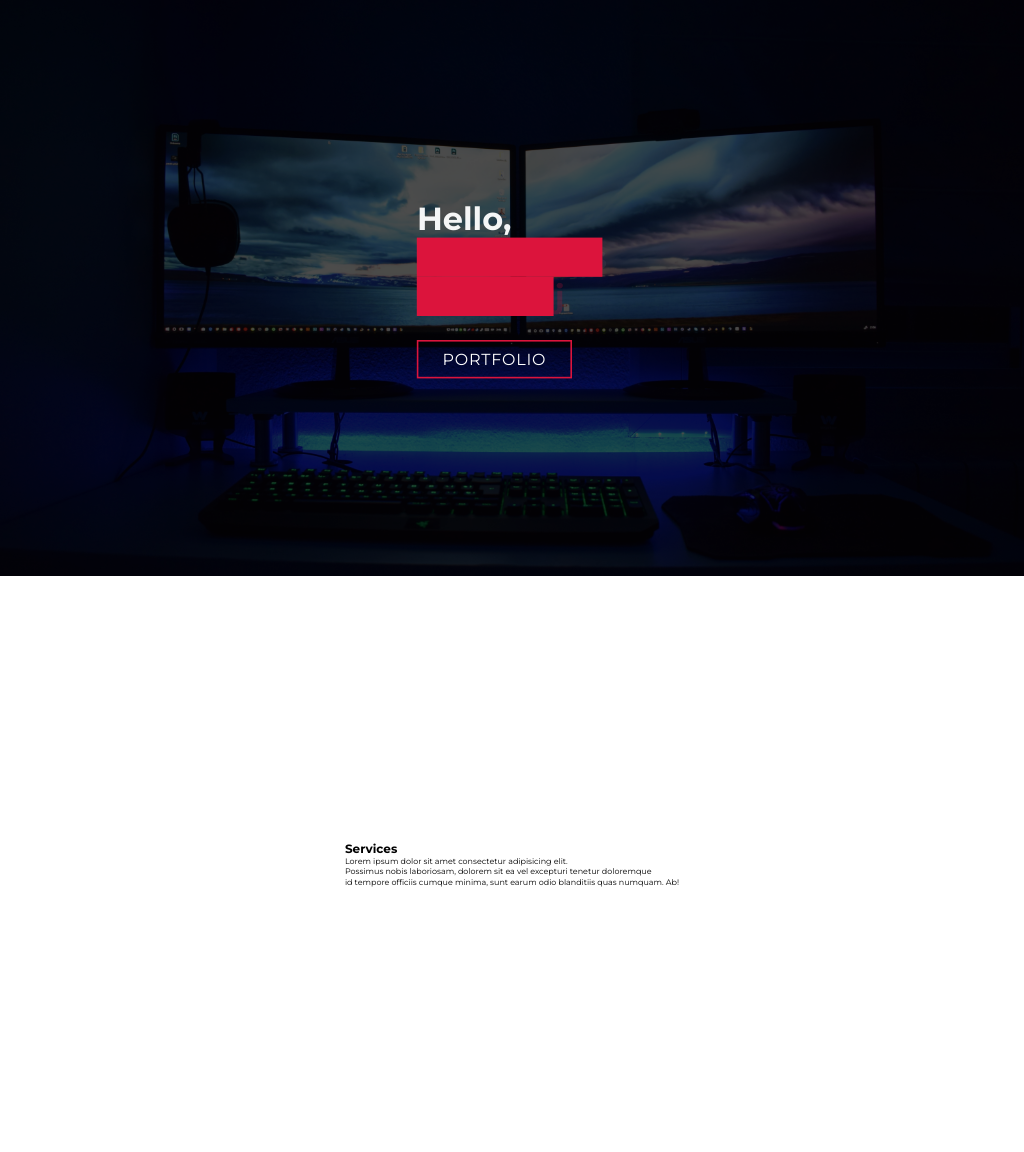
Repository: MintuKrishnan/subrahmanyam-batch
Page: front-end/deshraj/index.html
The author's editor kept a copy of each file at every save. The page is drawn from the files as they stood at one save, then again after the next save.
The browser window is 1280 px wide. The pictures show the whole page, at 80% of full size.

Above is the page before, as saved 2021-03-08 09:39:58.

### front-end/deshraj/index.html
<!DOCTYPE html>
<html lang="en">
  <head>
    <meta charset="UTF-8" />
    <meta http-equiv="X-UA-Compatible" content="IE=edge" />
    <meta name="viewport" content="width=device-width, initial-scale=1.0" />
    <link rel="stylesheet" href="style.css" />
    <title>My Website</title>
  </head>
  <body>
    <!-- hero section-->
    <section id="hero">
      <div class="hero container">
        <div>
          <h1>Hello,<span></span></h1>
          <h1>My name is <span></span></h1>
          <h1>Desh Raj <span></span></h1>
          <a href="#" type="button" class="cta">Portfolio</a>
        </div>
      </div>
    </section>
    <!-- End of hero section -->

    <!--Sevice section-->
    <section id="services">
      <div class="service container">
        <div class="service-top">
          <h1 class="section-title">Serv<span>i</span>ces</h1>
          <p>
            Lorem ipsum dolor sit amet consectetur adipisicing elit.<br />
            Possimus nobis laboriosam, dolorem sit ea vel excepturi tenetur
            doloremque <br />
            id tempore officiis cumque minima, sunt earum odio blanditiis quas
            numquam. Ab!
          </p>
        </div>
        <div class="service-bottom">
          <div class="service-item"></div>
        </div>
      </div>
    </section>

    <!--End sevice section-->
  </body>
</html>

### front-end/deshraj/style.css
@import url('https://fonts.googleapis.com/css2?family=Montserrat:wght@300;400;700&display=swap');

* {
  padding: 0;
  margin: 0;
  box-sizing: border-box;
}
html {
  font-size: 10px;
  font-family: 'Montserrat', sans-serif;
}
a {
  text-decoration: none;
}
.container {
  min-height: 100vh;
  width: 100%;
  display: flex;
  align-items: center;
  justify-content: center;
}

/* hero section */
#hero {
  /* background-image: url(./siteimg.jpg); */
  background-image: url('./siteimg.jpg'), linear-gradient(#eb01a5, #d13531);
  background-size: cover;
  background-position: top center;
  position: relative;
  z-index: 1;
}

#hero::after {
  content: '';
  position: absolute;
  left: 0;
  top: 0;
  height: 100%;
  width: 100%;
  background-color: black;
  opacity: 0.7;
  z-index: -1;
}
/* #hero .hero{
    max-width: 1200px;
    margin: 0 auto;
    padding: 0 50px;
    justify-content: flex-start;
} */
#hero h1 {
  display: block;
  width: fit-content;
  font-size: 4rem;
  position: relative;
  color: transparent;
  animation: text_reveal 3s ease forwards;
  animation-delay: 3s;
}
#hero h1:nth-child(1) {
  animation-delay: 2.8s;
}
#hero h1:nth-child(2) {
  animation-delay: 4.8s;
}
#hero h1:nth-child(3) {
  animation: text_reveal_name 3s ease forwards;
  animation-delay: 4.5s;
}
#hero h1 span {
  position: absolute;
  top: 0;
  left: 0;
  height: 100%;
  width: 0%;
  background-color: crimson;
  animation: text_reveal_box 3s ease;
  animation-delay: 3s;
}
#hero h1:nth-child(1) span {
  animation-delay: 2s;
}
#hero h1:nth-child(2) span {
  animation-delay: 3.8s;
}
#hero h1:nth-child(3) span {
  animation-delay: 4s;
}
#hero .cta {
  display: inline-block;
  padding: 10px 30px;
  color: white;
  background-color: transparent;
  border: 2px solid crimson;
  font-size: 2rem;
  text-transform: uppercase;
  letter-spacing: 0.1rem;
  margin-top: 30px;
  transition: 0.3s ease;
  transition-property: background-color, color;
}
#hero .cta:hover {
  color: white;
  background-color: crimson;
}
/* end hero section */

/* keyframs */
@keyframes text_reveal_box {
  50% {
    width: 100%;
    left: 0;
  }
  100% {
    width: 0;
    left: 100%;
  }
}
@keyframes text_reveal {
  100% {
    color: white;
  }
}
@keyframes text_reveal_name {
  100% {
    color: crimson;
    font-weight: 700;
  }
}
/* End keyframs */

After the next save:
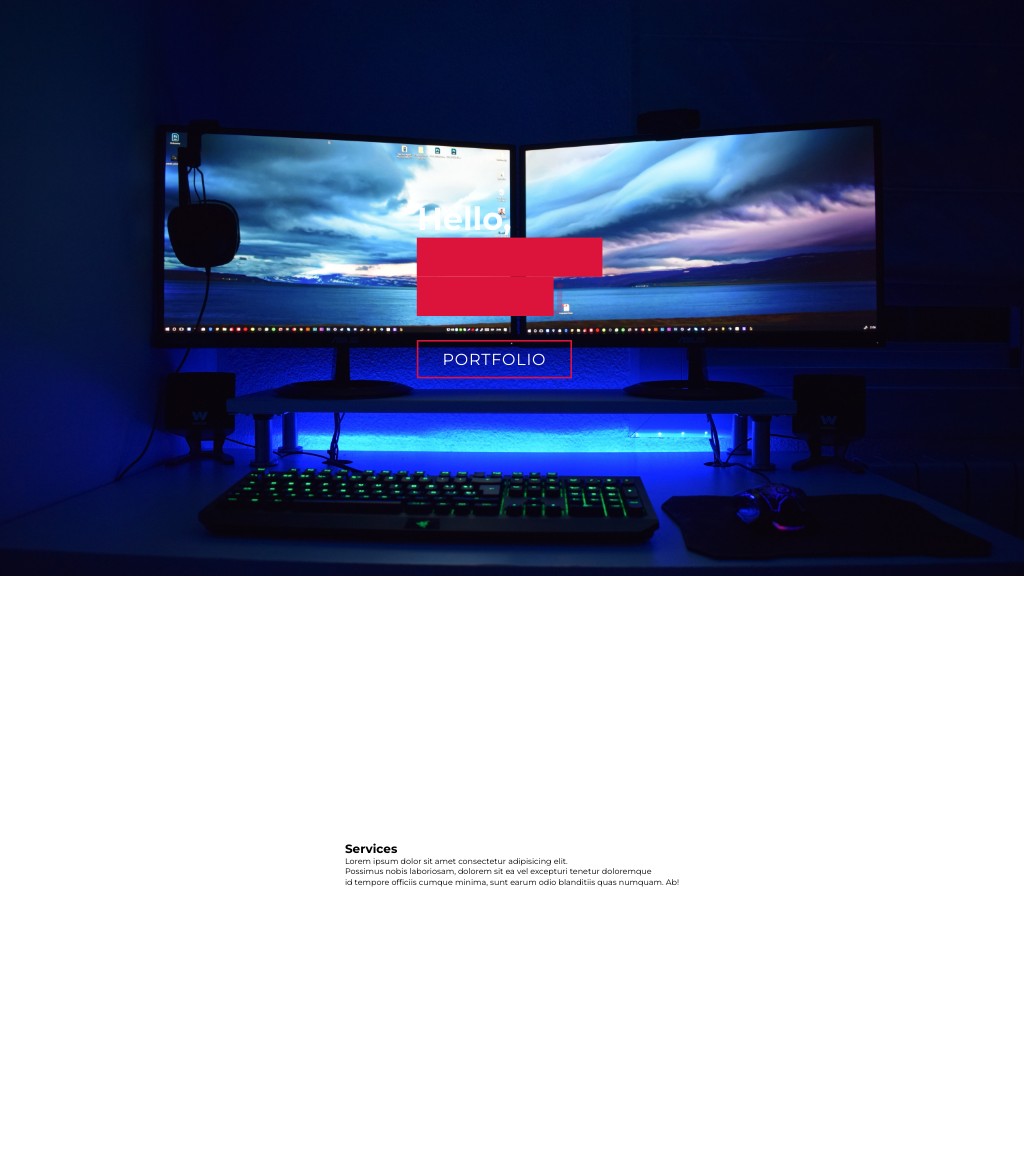
Saved 10 s later.
--- a/front-end/deshraj/style.css
+++ b/front-end/deshraj/style.css
@@ -30,7 +30,7 @@ a {
   z-index: 1;
 }
 
-#hero::after {
+/* #hero::after {
   content: '';
   position: absolute;
   left: 0;
@@ -40,7 +40,7 @@ a {
   background-color: black;
   opacity: 0.7;
   z-index: -1;
-}
+} */
 /* #hero .hero{
     max-width: 1200px;
     margin: 0 auto;
